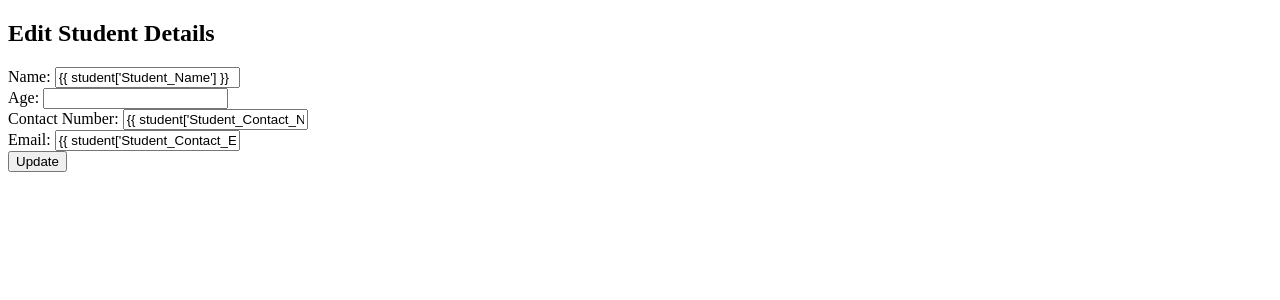
Repository: Thamesh13/Python-Practice-Set
Page: FLASK_API/Templates/edit_form.html
These files come from the project's save history. The page is drawn as it stood at one moment and after the next save; the edit follows.
The browser window is 1280 px wide. The pictures show the whole page.

Above is the page before, as saved 2025-01-23 16:47:06.

### FLASK_API/Templates/edit_form.html
<!DOCTYPE html>
<html lang="en">
<head>
    <meta charset="UTF-8">
    <meta name="viewport" content="width=device-width, initial-scale=1.0">
    <title>Edit Student</title>
</head>
<body>
    <h2>Edit Student Details</h2>
    <form action="/edit/{{ student['id'] }}" method="POST">
        <label for="Student_Name">Name:</label>
        <input type="text" name="Student_Name" value="{{ student['Student_Name'] }}" required><br>

        <label for="Student_Age">Age:</label>
        <input type="number" name="Student_Age" value="{{ student['Student_Age'] }}" required><br>

        <label for="Student_Contact_Number">Contact Number:</label>
        <input type="text" name="Student_Contact_Number" value="{{ student['Student_Contact_Number'] }}" required><br>

        <label for="Student_Contact_Email">Email:</label>
        <input type="email" name="Student_Contact_Email" value="{{ student['Student_Contact_Email'] }}" required><br>

        <button type="submit">Update</button>
    </form>
</body>
</html>

After the next save:
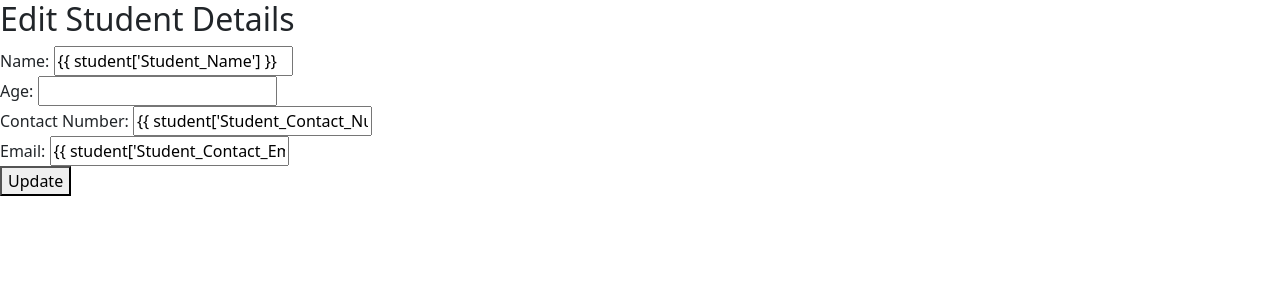
Saved 13 min 11 s later.
--- a/FLASK_API/Templates/edit_form.html
+++ b/FLASK_API/Templates/edit_form.html
@@ -4,6 +4,12 @@
     <meta charset="UTF-8">
     <meta name="viewport" content="width=device-width, initial-scale=1.0">
     <title>Edit Student</title>
+    <link
+      href="https://cdn.jsdelivr.net/npm/bootstrap@5.3.3/dist/css/bootstrap.min.css"
+      rel="stylesheet"
+      integrity="sha384-QWTKZyjpPEjISv5WaRU9OFeRpok6YctnYmDr5pNlyT2bRjXh0JMhjY6hW+ALEwIH"
+      crossorigin="anonymous"
+    />
 </head>
 <body>
     <h2>Edit Student Details</h2>
